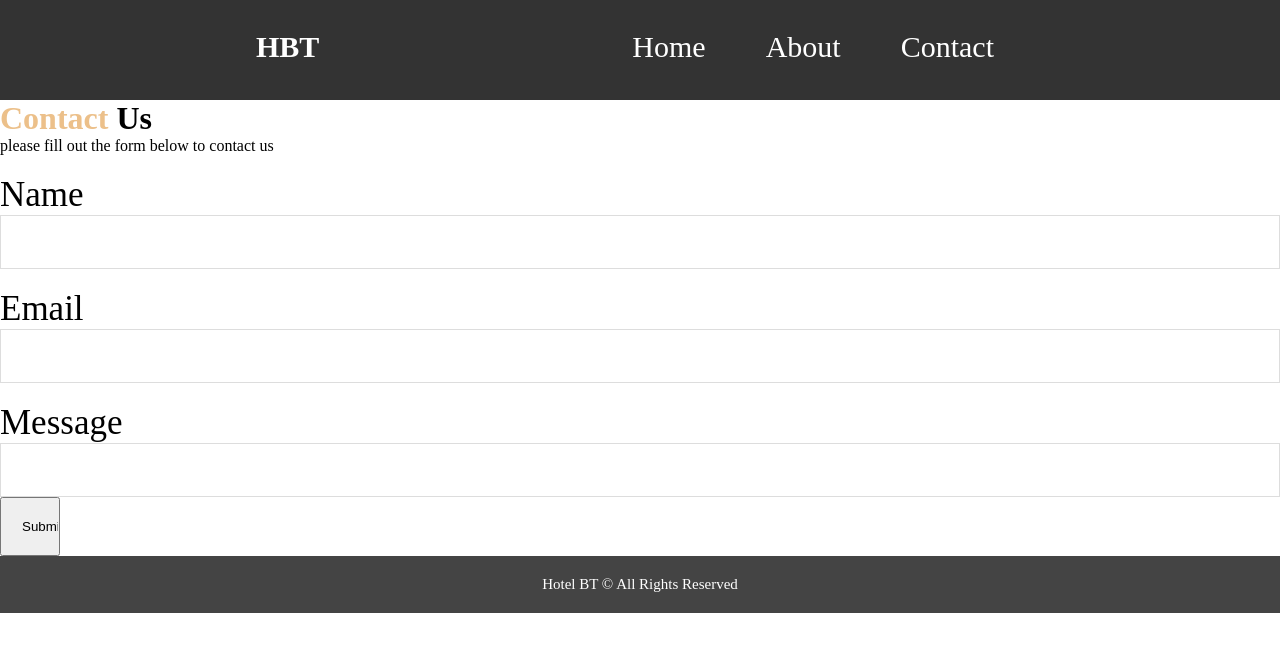
Repository: reemoon-ctrl/hotel-website
Page: 35 - hotel-website/contact.html
These files come from the project's save history. The page is drawn as it stood at one moment and after a run of saves; the edit follows.
The browser window is 1280 px wide. The pictures show the whole page.

Above is the page before, as saved 2024-07-22 09:40:59.

After the next 2 saves:
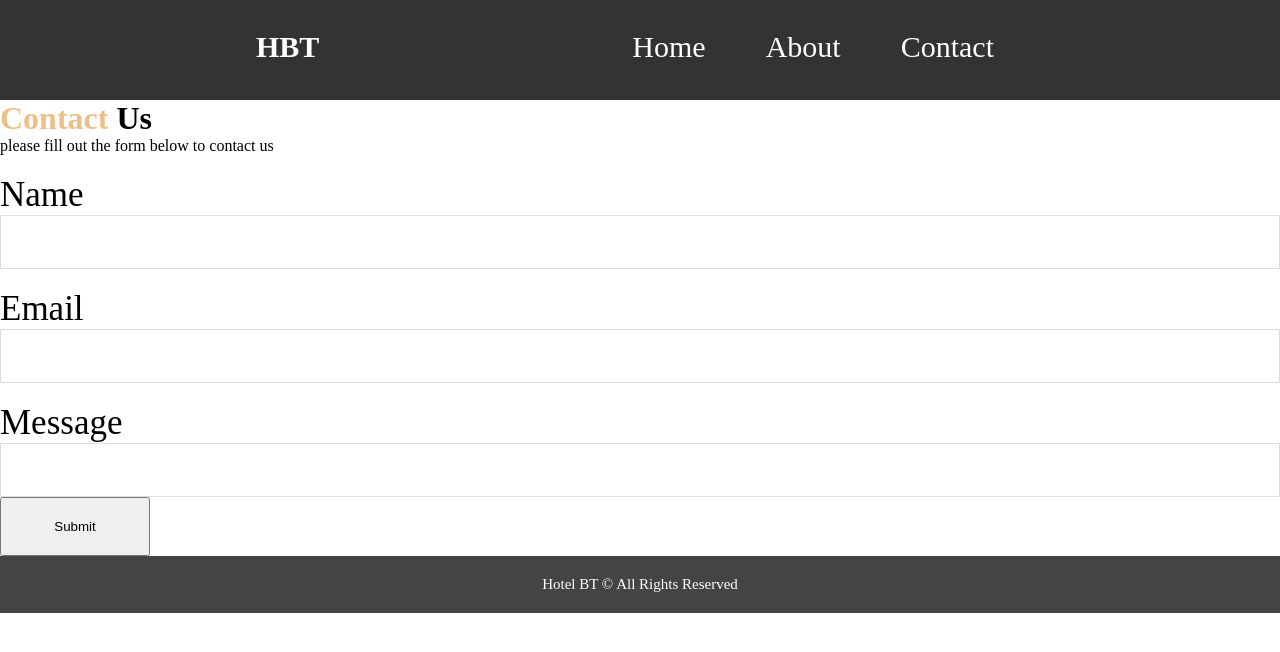
The 2 saves are shown as one change because they came seconds apart.
The last was saved 6 s later.
--- a/35 - hotel-website/index.css
+++ b/35 - hotel-website/index.css
@@ -291,5 +291,5 @@ color: #333333;
 form input{
  padding: 20px;
  text-align: center;
- width:60px;
-}
+ width:150px;
+}
